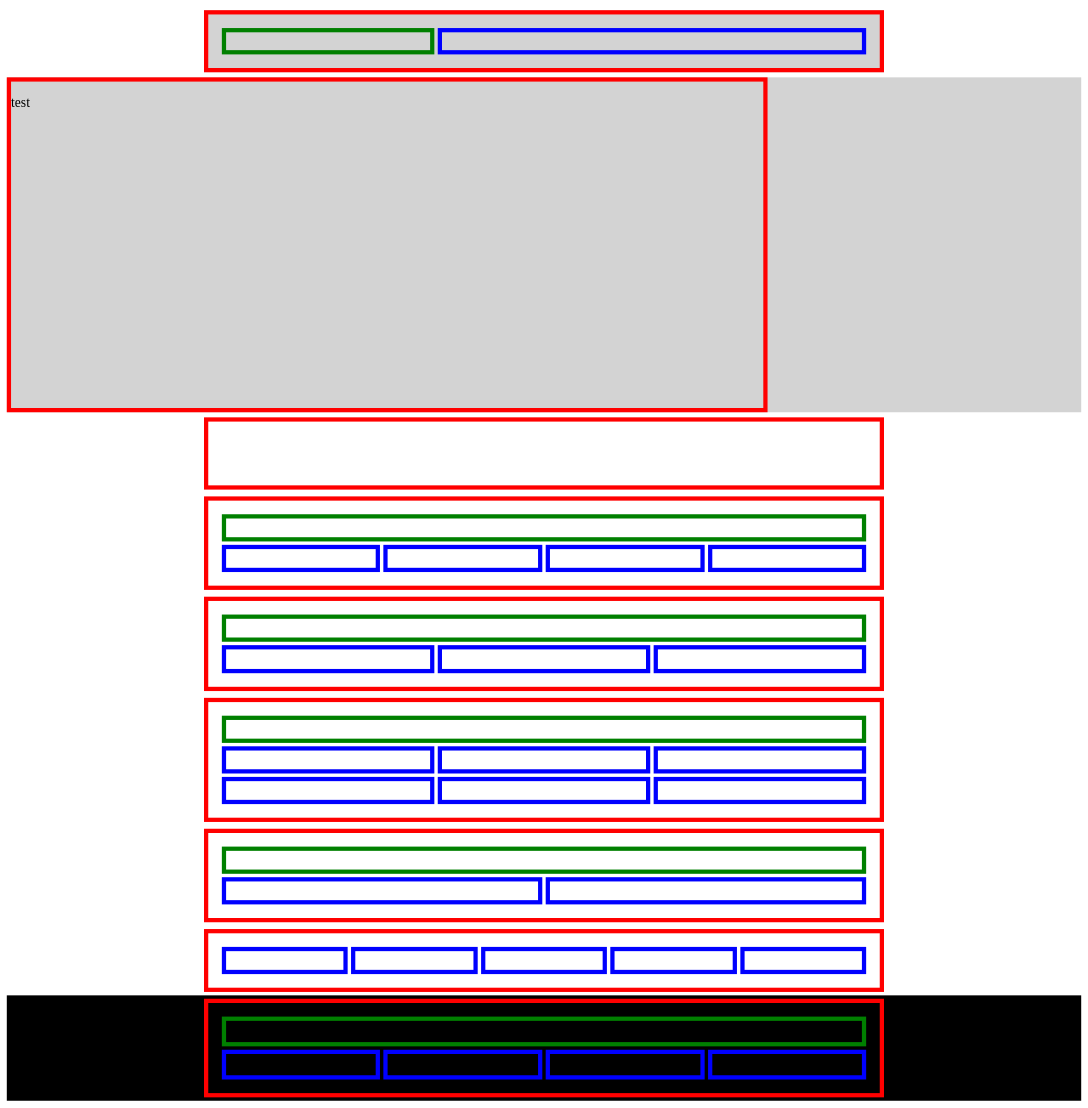
Repository: anderscederberg11/LAB2BG
Page: index.html
An editor plug-in stored every save of this project. The page is shown before and after the next save, followed by the edit.
The browser window is 1280 px wide. The pictures show the whole page, at 85% of full size.

Above is the page before, as saved 2024-02-01 21:13:02.

### index.html
<!doctype html>
<html class="no-js" lang="en">

<head>
  <meta charset="utf-8">
  <meta name="viewport" content="width=device-width, initial-scale=1">
  <title>Sebastians Wonderful Website</title>
  <link rel="stylesheet" href="css/style.css">
  <meta name="description" content="sebastians website">
  <meta property="og:title" content="Sebastians Wonderful Website">
  <meta property="og:type" content="website">
  <meta property="og:url" content="https://www.SebastianWebsite.com">
  <!--<meta property="og:image" content=""> -->

  <link rel="icon" href="/favicon.ico" sizes="any">
  <link rel="icon" href="/icon.svg" type="image/svg+xml">
  <link rel="apple-touch-icon" href="icon.png">

</head>
    <body class="displayContainer">

        <header class="headerContainer">
            <div class="headerTitleContainer">
                <h1 class="title"></h1>
            </div>
            <div class="headerImageContainer"></div>
        </header>

        <div class="sectionOne">
            <div class="sectionOneImage">
                <div class="sectionOneList">
                    <p>test</p>
                </div>
                <!-- image -->
            </div>
        </div>

        <div class="sectionTwo">
            <h1 class="title"></h1>
        </div>

        <div class="sectionThree">
            <div class="headerSectionThree">
                <h2 class="secondHeader"></h2>
                <h5 class="subHeader"></h5>
            </div>
            <div class="card"></div>
            <div class="card"></div>
            <div class="card"></div>
            <div class="card"></div>
        </div>

        <div class="sectionFour">
            <div class="headerSectionFour">
                <h2 class="secondHeader"></h2>
                <h5 class="subHeader"></h5>
            </div>
            <div class="card-special"></div>
            <div class="card"></div>
            <div class="card"></div>
        </div>

        <div class="sectionFive">
            <div class="headerSectionFive">
                <h2 class="secondHeader"></h2>
                <h5 class="subHeader"></h5>
            </div>
            <div class="card"></div>
            <div class="card"></div>
            <div class="card"></div>
            <div class="card"></div>
            <div class="card"></div>
            <div class="card"></div>
        </div>

        <div class="sectionSix">
            <div class="headerSectionSix">
                <h2 class="secondHeader"></h2>
                <h5 class="subHeader"></h5>
            </div>
            <div class="card-special"></div>
            <div class="card-special"></div>
        </div>

        <div class="sectionSeven">
            <div class="card"></div>
            <div class="card"></div>
            <div class="card"></div>
            <div class="card"></div>
            <div class="card"></div>
        </div>

        <footer class="footerContainer">
            <div class="sectionFooter">
                <div class="footerInfo"><h6></h6></div>
                <div class="footerInfoCard"><h4></h4></div>
                <div class="footerInfoCard"><h4></h4></div>
                <div class="footerInfoCard"><h4></h4></div>
                <div class="footerInfoCard"><h4></h4></div>
            </div>
        </footer>

    </body>
</html>

### css/style.css
.displayContainer{
  display:flex;
  flex-direction: column;
  align-items: center;
}

.card, .card-special {
  border: 5px solid blue;
}

.headerContainer{
  grid-template-columns: repeat(3, 1fr);
  background-color: lightgrey;
  display:grid;
  width:60%;
  grid-gap:0.25em;
  padding:1em;
  margin:0.25em;
  border: 5px solid red;
}

.headerTitleContainer{
  border: 5px solid green;
}

.headerImageContainer{
  grid-column: 2/4;
  border: 5px solid blue;
}

.sectionOne{
  flex-direction: column;
  align-items: center;
  background-color: lightgrey;
  width:100%;
  border:none;
  margin:0.25vh;
}

.sectionOneList{

}

.sectionOneImage{
  width:70%;
  height:30vw;
  border: 5px solid red;
}

.sectionTwo, .sectionThree, .sectionFour, .sectionFive, .sectionSix, .sectionSeven, .sectionFooter{
  display:grid;
  width:60%;
  grid-gap:0.25em;
  padding:1em;
  margin:0.25em;
  border: 5px solid red;
}

.headerSectionThree, .headerSectionFour, .headerSectionFive, .headerSectionSix, .footerInfo{
  border: 5px solid green;
}

.sectionOne, .sectionSix, .sectionSeven{
  display: none;
}
.sectionThree, .sectionFour, .sectionFive{
  grid-template-columns: repeat(1, 1fr);
}
.headerSectionThree, .headerSectionFour, .headerSectionFive{
  grid-column: span 1;
}
.headerSectionThree{

}
.sectionThree, .sectionFour{
  grid-template-rows: repeat(5, 1fr);
}
.sectionFive{
  grid-template-rows: repeat(7, 1fr);
}

.footerContainer{
  display:flex;
  flex-direction: column;
  align-items: center;
  width:100%;
  background-color: black;
}

.sectionFooter{

}

.footerInfo{

}

.footerInfoCard{
  border: 5px solid blue;
}

/* Small only */
@media screen and (max-width: 39.9375em) {}

/* Medium and up */
@media screen and (min-width: 40em) {}

/* Medium only */
@media screen and (min-width: 40em) and (max-width: 63.9375em) {
  .sectionThree, .sectionFour, .sectionFooter, .sectionFive{
    grid-template-columns: repeat(2, 1fr);
    grid-template-rows: repeat(3, 1fr);
  }

  .headerSectionThree, .footerInfo, .headerSectionFour, .sectionFour .card-special, .headerSectionFive {
    grid-column: span 2;
  }

  .sectionFive{
    grid-template-rows: repeat(4, 1fr);
  }

  .sectionSix{
    grid-template-columns: repeat(1, 1fr);
    grid-template-rows: repeat(3, 1fr);
  }

  .headerSectionSix{
    grid-column: span 1;
  }
}

/* Large and up */
@media screen and (min-width: 64em) {
  .sectionOne, .sectionSix, .sectionSeven{
    display: grid;
  }
  .sectionThree, .sectionFooter{
    grid-template-columns: repeat(4, 1fr);
    grid-template-rows: repeat(2, 1fr);
  }

  .headerSectionThree, .footerInfo{
    grid-column: span 4;
  }

  .sectionFour{
    grid-template-columns: repeat(3, 1fr);
    grid-template-rows: repeat(2, 1fr);
  }

  .headerSectionFour{
    grid-column: span 3;
  }

  .sectionFive{
    grid-template-columns: repeat(3, 1fr);
    grid-template-rows: repeat(3, 1fr);
  }

  .headerSectionFive{
    grid-column: span 3;
  }

  .sectionSix{
    grid-template-columns: repeat(2, 1fr);
    grid-template-rows: repeat(2, 1fr);
  }

  .headerSectionSix{
    grid-column: span 2;
  }

  .sectionSeven{
    grid-template-columns: repeat(5, 1fr);
    height:31.51px; /*REMOVE*/
  }
}

/* Large only */
@media screen and (min-width: 64em) and (max-width: 74.9375em) {}

After the next save:
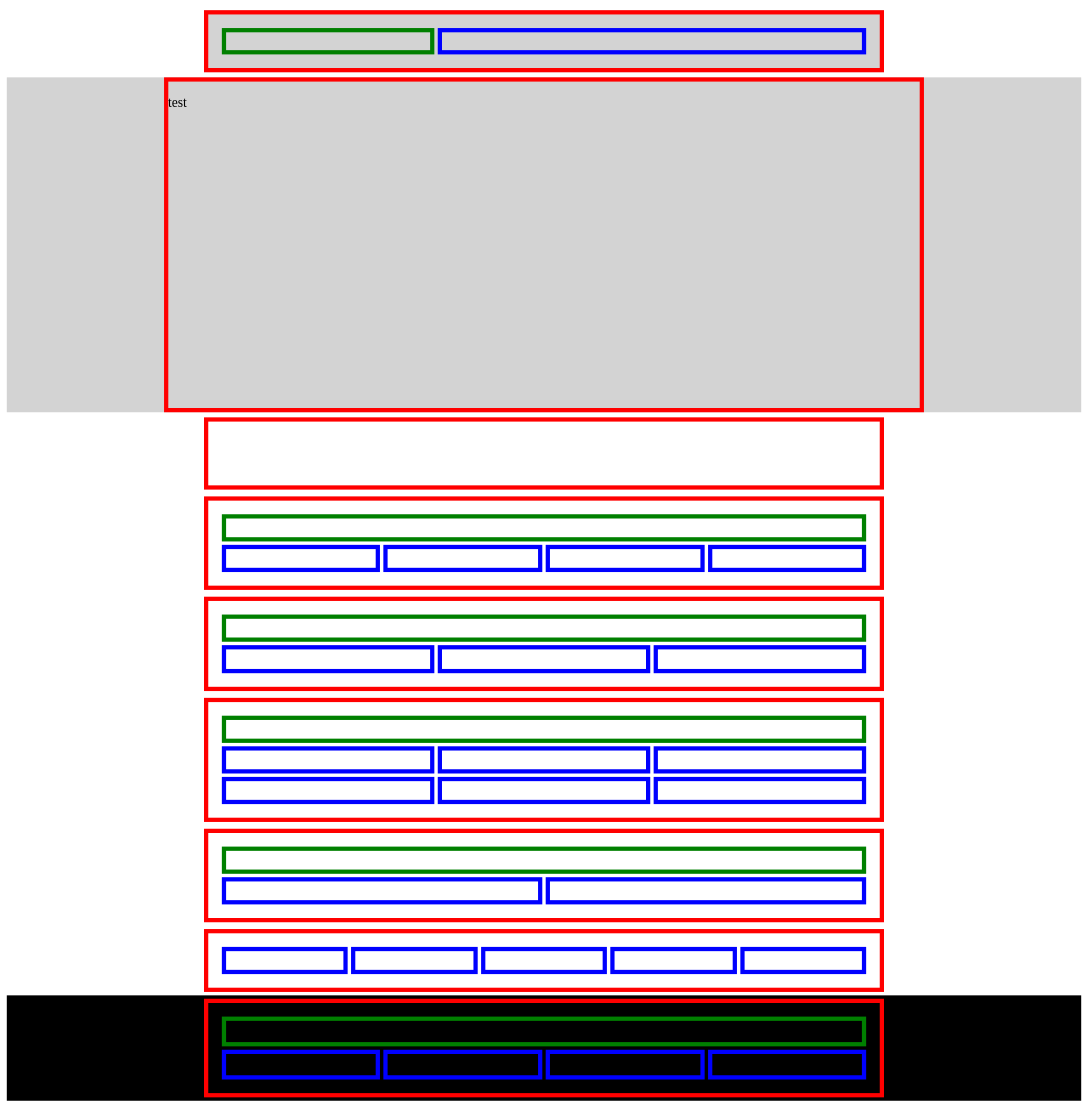
Saved 29 s later.
--- a/css/style.css
+++ b/css/style.css
@@ -132,8 +132,11 @@
 
 /* Large and up */
 @media screen and (min-width: 64em) {
-  .sectionOne, .sectionSix, .sectionSeven{
+  .sectionSix, .sectionSeven{
     display: grid;
+  }
+  .sectionOne{
+    display:flex;
   }
   .sectionThree, .sectionFooter{
     grid-template-columns: repeat(4, 1fr);
